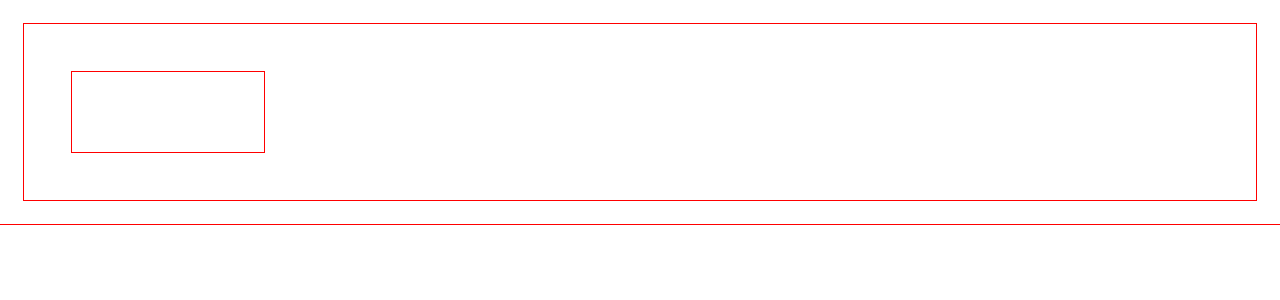
Repository: JacobSkilling-dot/Project1-Blog
Page: Week3-Blog.html
The author's editor kept a copy of each file at every save. The page is drawn from the files as they stood at one save, then again after the next save.
The browser window is 1280 px wide. The pictures show the whole page.

Above is the page before, as saved 2023-01-16 19:44:07.

### Week3-Blog.html
<!DOCTYPE html>
<html lang="en">
<head>
    <meta charset="UTF-8">
    <meta http-equiv="X-UA-Compatible" content="IE=edge">
    <meta name="viewport" content="width=device-width, initial-scale=1.0">
    <title>Website Template</title>
    <link rel="stylesheet" href="style.css">
</head>
<body>
    <div class="main-content">
        <style>
            .main-content{
                width: 10rem;
                height: 3rem;
                margin: 2rem;
            }


        </style>
    </div>

</body>
</html>

### style.css
* {
    outline: 1px solid rgb(255, 0, 0);
    padding: 1rem;
    min-height: 1rem;
}

After the next save:
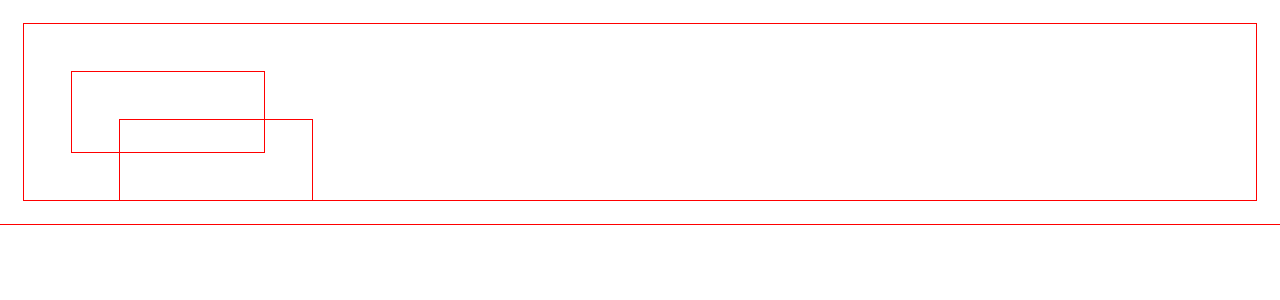
Saved 58 s later.
--- a/Week3-Blog.html
+++ b/Week3-Blog.html
@@ -9,6 +9,7 @@
 </head>
 <body>
     <div class="main-content">
+        <div class="search-bar"></div>
         <style>
             .main-content{
                 width: 10rem;
@@ -16,7 +17,11 @@
                 margin: 2rem;
             }
 
-
+            .search-bar{
+                width: 10rem;
+                height: 3rem;
+                margin: 2rem;
+            }
         </style>
     </div>
 
